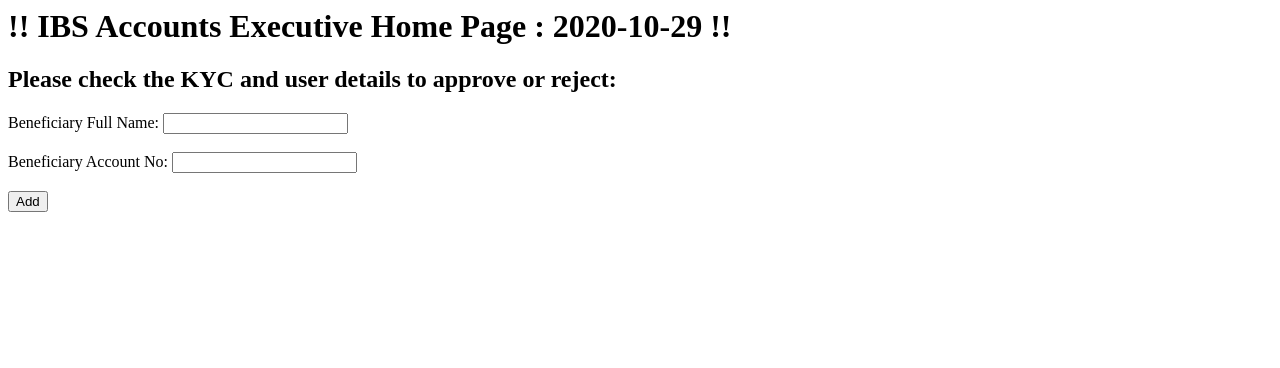
Repository: anik84/ibs
Page: http://localhost/IBS/ibs_accounts_executive_home_form.jsp
These files come from the project's save history. The page is drawn as it stood at one moment and after the next save; the edit follows.
The browser window is 1280 px wide. The pictures show the whole page.
The page is served by Tomcat 9. Other server files are loaded and not shown.

Above is the page before, as saved 2020-10-29 16:13:25.

### IBS_JSPs/IBS/WebContent/ibs_accounts_executive_home_form.jsp
<%@page import="java.time.LocalDate"%>
<html>
	<head>
		<title>ibs accounts executive home page</title>
	</head>
	<body>
		<h1>!! IBS Accounts Executive Home Page : <%=LocalDate.now() %> !!</h1>
		<h2>Please check the KYC and user details to approve or reject:</h2>

		<form action="addotherbenefacct" method="POST">
		<div>
			<label>Beneficiary Full Name: </label> <input type="text" name="otherPeopleBenefFullName"
				required />
		</div><br />
		<div>
			<label>Beneficiary Account No: </label> <input type="number" name="otherPeopleBenefAcctNo"
				required />
		</div><br />
		<div>
			<button>Add</button>
		</div>
	</form>
	</body>
</html>

After the next save:
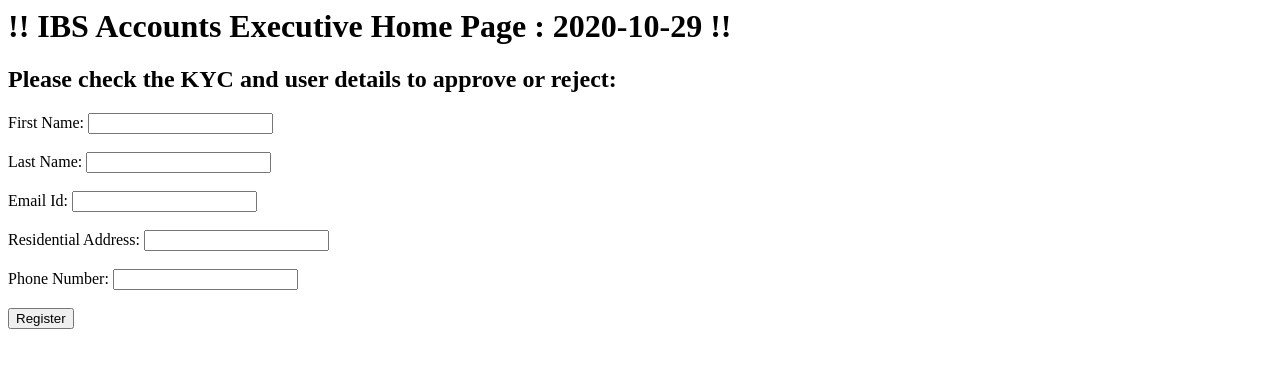
Saved 3 min 27 s later.
--- a/IBS_JSPs/IBS/WebContent/ibs_accounts_executive_home_form.jsp
+++ b/IBS_JSPs/IBS/WebContent/ibs_accounts_executive_home_form.jsp
@@ -1,24 +1,44 @@
 <%@page import="java.time.LocalDate"%>
 <html>
-	<head>
-		<title>ibs accounts executive home page</title>
-	</head>
-	<body>
-		<h1>!! IBS Accounts Executive Home Page : <%=LocalDate.now() %> !!</h1>
-		<h2>Please check the KYC and user details to approve or reject:</h2>
+<head>
+<title>ibs accounts executive home page</title>
+</head>
+<body>
+	<h1>
+		!! IBS Accounts Executive Home Page :
+		<%=LocalDate.now()%>
+		!!
+	</h1>
+	<h2>Please check the KYC and user details to approve or reject:</h2>
 
-		<form action="addotherbenefacct" method="POST">
+	<form action="addotherbenefacct" method="POST">
 		<div>
-			<label>Beneficiary Full Name: </label> <input type="text" name="otherPeopleBenefFullName"
+			<label>First Name: </label> <input type="text" name="firstName"
 				required />
-		</div><br />
+		</div>
+		<br />
 		<div>
-			<label>Beneficiary Account No: </label> <input type="number" name="otherPeopleBenefAcctNo"
+			<label>Last Name: </label> <input type="text" name="lastName"
 				required />
-		</div><br />
+		</div>
+		<br />
 		<div>
-			<button>Add</button>
+			<label>Email Id: </label> <input type="text" name="emailId" required />
+		</div>
+		<br />
+		<div>
+			<label>Residential Address: </label> <input type="text"
+				name="address" required />
+		</div>
+		<br />
+		<div>
+			<label>Phone Number: </label> <input type="number" name="phoneNo"
+				required />
+		</div>
+		<br />
+		<div>
+			<button>Register</button>
 		</div>
 	</form>
-	</body>
+</body>
 </html>
